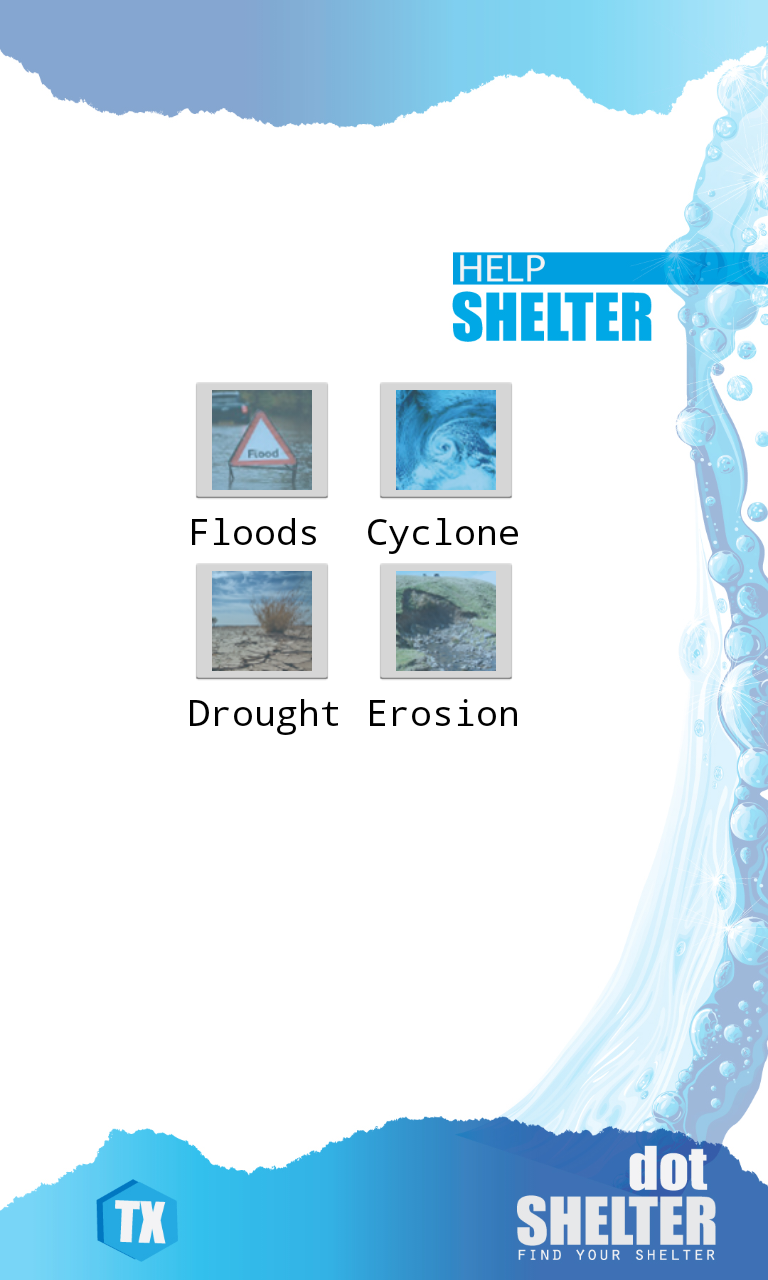
Repository: shajal16/water-Hackathon
Layout: AndroidSplashScreenTimer/res/layout/activity_third.xml
An editor plug-in stored every save of this project. The layout is shown before and after the next save, followed by the edit.
It is drawn on a 768 x 1280 px phone screen (xhdpi) without system bars, with theme AppTheme; the app's code is not run.

Above is the layout before, as saved 2014-02-15 05:26:23.

### AndroidSplashScreenTimer/res/layout/activity_third.xml
<RelativeLayout xmlns:android="http://schemas.android.com/apk/res/android"
    xmlns:tools="http://schemas.android.com/tools"
    android:layout_width="match_parent"
    android:layout_height="match_parent"
    android:paddingBottom="@dimen/activity_vertical_margin"
    android:paddingLeft="@dimen/activity_horizontal_margin"
    android:paddingRight="@dimen/activity_horizontal_margin"
    android:paddingTop="@dimen/activity_vertical_margin"
    tools:context=".Third"
    android:background="@drawable/hepl_shelt">

    <ImageButton
        android:id="@+id/imageButton1"
        android:layout_width="wrap_content"
        android:layout_height="wrap_content"
        android:layout_alignParentLeft="true"
        android:layout_alignParentTop="true"

        android:layout_marginLeft="78dp"
        android:layout_marginTop="171dp"
        android:src="@drawable/icon_flood" />

    <TextView
        android:id="@+id/textView2"
        android:layout_width="wrap_content"
        android:layout_height="wrap_content"
        android:layout_alignBaseline="@+id/textView1"
        android:layout_alignBottom="@+id/textView1"
        android:layout_alignRight="@+id/imageButton2"
        android:typeface="monospace"

        android:text="Cyclone"
        android:textAppearance="?android:attr/textAppearanceMedium" />

    <ImageButton
        android:id="@+id/imageButton2"
        android:layout_width="wrap_content"
        android:layout_height="wrap_content"
        android:layout_alignLeft="@+id/imageButton4"
        android:layout_alignTop="@+id/imageButton1"
        android:src="@drawable/cyclone_asi" />

    <TextView
        android:id="@+id/textView3"
        android:layout_width="wrap_content"
        android:layout_height="wrap_content"
        android:layout_alignLeft="@+id/imageButton3"
        android:layout_below="@+id/imageButton3"
        android:typeface="monospace"
        android:text="Drought"
        android:textAppearance="?android:attr/textAppearanceMedium" />

    <ImageButton
        android:id="@+id/imageButton3"
        android:layout_width="wrap_content"
        android:layout_height="wrap_content"
        android:layout_alignLeft="@+id/imageButton1"
        android:layout_below="@+id/textView1"
        android:src="@drawable/drought_found" />

    <ImageButton
        android:id="@+id/imageButton4"
        android:layout_width="wrap_content"
        android:layout_height="wrap_content"
        android:layout_above="@+id/textView4"
        android:layout_marginLeft="18dp"
        android:layout_toRightOf="@+id/imageButton3"
        android:src="@drawable/river_erosion" />

    <TextView
        android:id="@+id/textView4"
        android:layout_width="wrap_content"
        android:layout_height="wrap_content"
        android:layout_alignBaseline="@+id/textView3"
        android:layout_alignBottom="@+id/textView3"
        android:layout_alignRight="@+id/imageButton4"
        android:typeface="monospace"
        android:text="Erosion"
        android:textAppearance="?android:attr/textAppearanceMedium" />

    <TextView
        android:id="@+id/textView1"
        android:layout_width="wrap_content"
        android:layout_height="wrap_content"
        android:layout_alignLeft="@+id/imageButton3"
        android:layout_below="@+id/imageButton1"
        android:text="Floods"
        android:textAppearance="?android:attr/textAppearanceMedium"
        android:typeface="monospace" />

</RelativeLayout>

Loaded but not shown: AndroidSplashScreenTimer/res/values/styles.xml (common file); AndroidSplashScreenTimer/res/values-v11/styles.xml (common file); AndroidSplashScreenTimer/res/values-v14/styles.xml (common file); AndroidSplashScreenTimer/res/values/dimens.xml (common file)

After the next save:
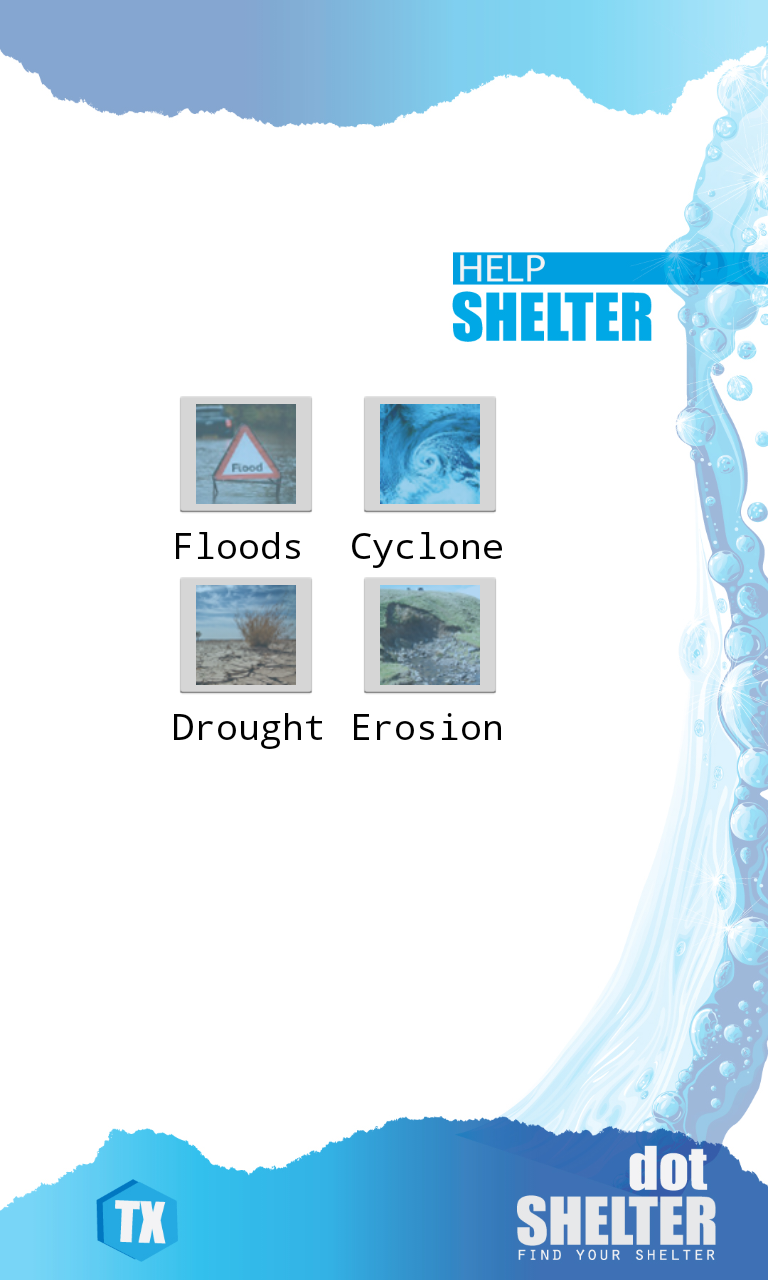
Saved 10 min 24 s later.
--- a/AndroidSplashScreenTimer/res/layout/activity_third.xml
+++ b/AndroidSplashScreenTimer/res/layout/activity_third.xml
@@ -8,17 +8,6 @@
     android:paddingTop="@dimen/activity_vertical_margin"
     tools:context=".Third"
     android:background="@drawable/hepl_shelt">
-
-    <ImageButton
-        android:id="@+id/imageButton1"
-        android:layout_width="wrap_content"
-        android:layout_height="wrap_content"
-        android:layout_alignParentLeft="true"
-        android:layout_alignParentTop="true"
-
-        android:layout_marginLeft="78dp"
-        android:layout_marginTop="171dp"
-        android:src="@drawable/icon_flood" />
 
     <TextView
         android:id="@+id/textView2"
@@ -88,4 +77,14 @@
         android:textAppearance="?android:attr/textAppearanceMedium"
         android:typeface="monospace" />
 
+    <ImageButton
+        android:id="@+id/imageButton1"
+        android:layout_width="wrap_content"
+        android:layout_height="wrap_content"
+        android:layout_alignParentLeft="true"
+        android:layout_alignParentTop="true"
+        android:layout_marginLeft="70dp"
+        android:layout_marginTop="178dp"
+        android:src="@drawable/icon_flood" />
+
 </RelativeLayout>
